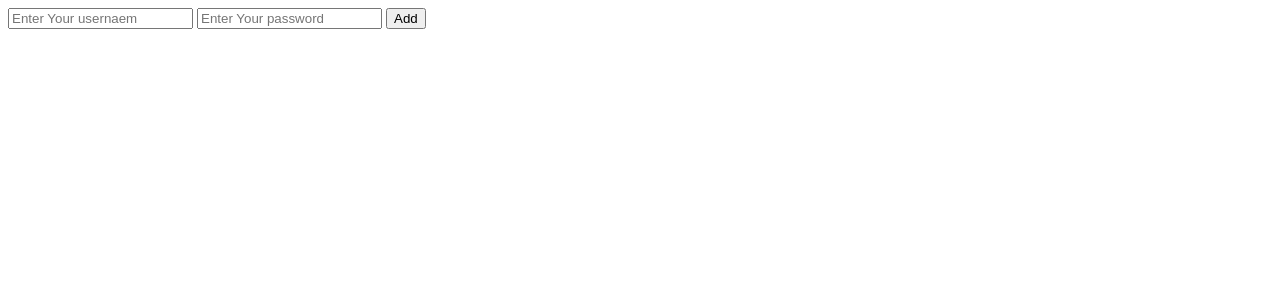
Repository: Rudra-Shiva74/JSP
Page: http://localhost/Check2/
The author's editor kept a copy of each file at every save. The page is drawn from the files as they stood at one save, then again after a run of saves.
The browser window is 1280 px wide. The pictures show the whole page.
The page is served by Tomcat 10.

Above is the page before, as saved 2023-09-02 19:41:37.

After the next 2 saves:
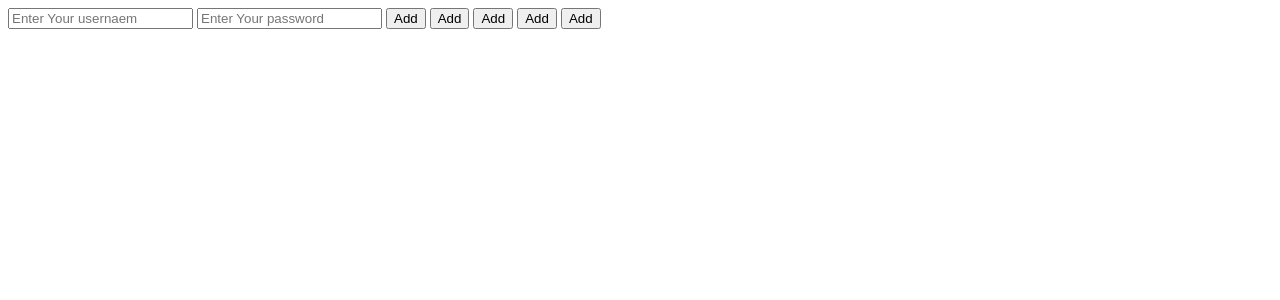
The 2 saves are shown as one change because they came seconds apart.
The last was saved 14 s later.
--- a/Check2/src/main/webapp/index.jsp
+++ b/Check2/src/main/webapp/index.jsp
@@ -11,6 +11,10 @@
 		<input type="text" placeholder="Enter Your usernaem" name="username" />
 		<input type="password" placeholder="Enter Your password"
 			name="password" /> <input type="submit" value="Add" name="action" />
+			<input type="submit" value="Add" name="action" />
+			<input type="submit" value="Add" name="action" />
+			<input type="submit" value="Add" name="action" />
+			<input type="submit" value="Add" name="action" />
 	</form>
 </body>
 </html>
